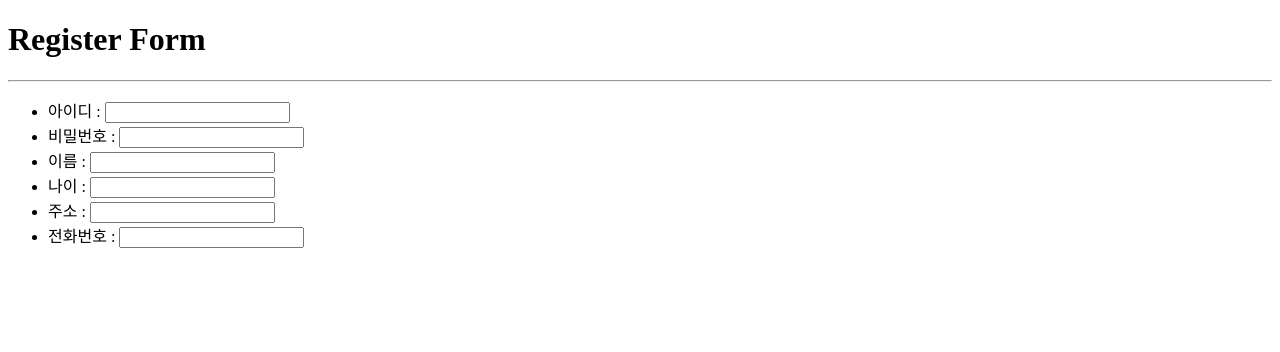
Repository: khy4701/JavaServerPage-Servlet
Page: http://localhost/05.JDBCProject/RegisterForm.jsp
An editor plug-in stored every save of this project. The page is shown before and after the next save, followed by the edit.
The browser window is 1280 px wide. The pictures show the whole page.
The page is served by Tomcat 9. Other server files are loaded and not shown.

Above is the page before, as saved 2016-07-21 00:34:08.

### 05.JDBCProject/WebContent/RegisterForm.jsp
<%@ page language="java" contentType="text/html; charset=UTF-8"
    pageEncoding="UTF-8"%>
<!DOCTYPE html>
<html>
<head>
<meta charset="UTF-8">
<title>Insert title here</title>
</head>
<body>

<h1> Register Form</h1>
<hr>

<form>


<ul>
<li> 아이디 : <input type ="text" name="id">
<li> 비밀번호 : <input type ="password" name="pw">
<li> 이름 : <input type ="text" name="userName">
<li> 나이 : <input type ="text" name="age">
<li> 주소 : <input type ="text" name="address">
<li> 전화번호 : <input type ="text" name="phoneNum">
</ul>
</form>

</body>
</html>

After the next save:
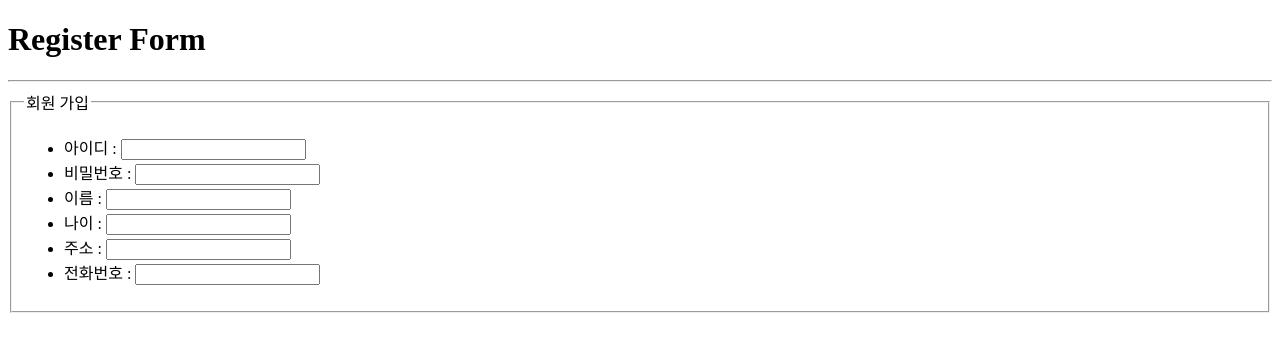
Saved 36 s later.
--- a/05.JDBCProject/WebContent/RegisterForm.jsp
+++ b/05.JDBCProject/WebContent/RegisterForm.jsp
@@ -13,6 +13,8 @@
 
 <form>
 
+<fieldset>
+<legend> 회원 가입 </legend>
 
 <ul>
 <li> 아이디 : <input type ="text" name="id">
@@ -22,6 +24,7 @@
 <li> 주소 : <input type ="text" name="address">
 <li> 전화번호 : <input type ="text" name="phoneNum">
 </ul>
+</fieldset>
 </form>
 
 </body>
